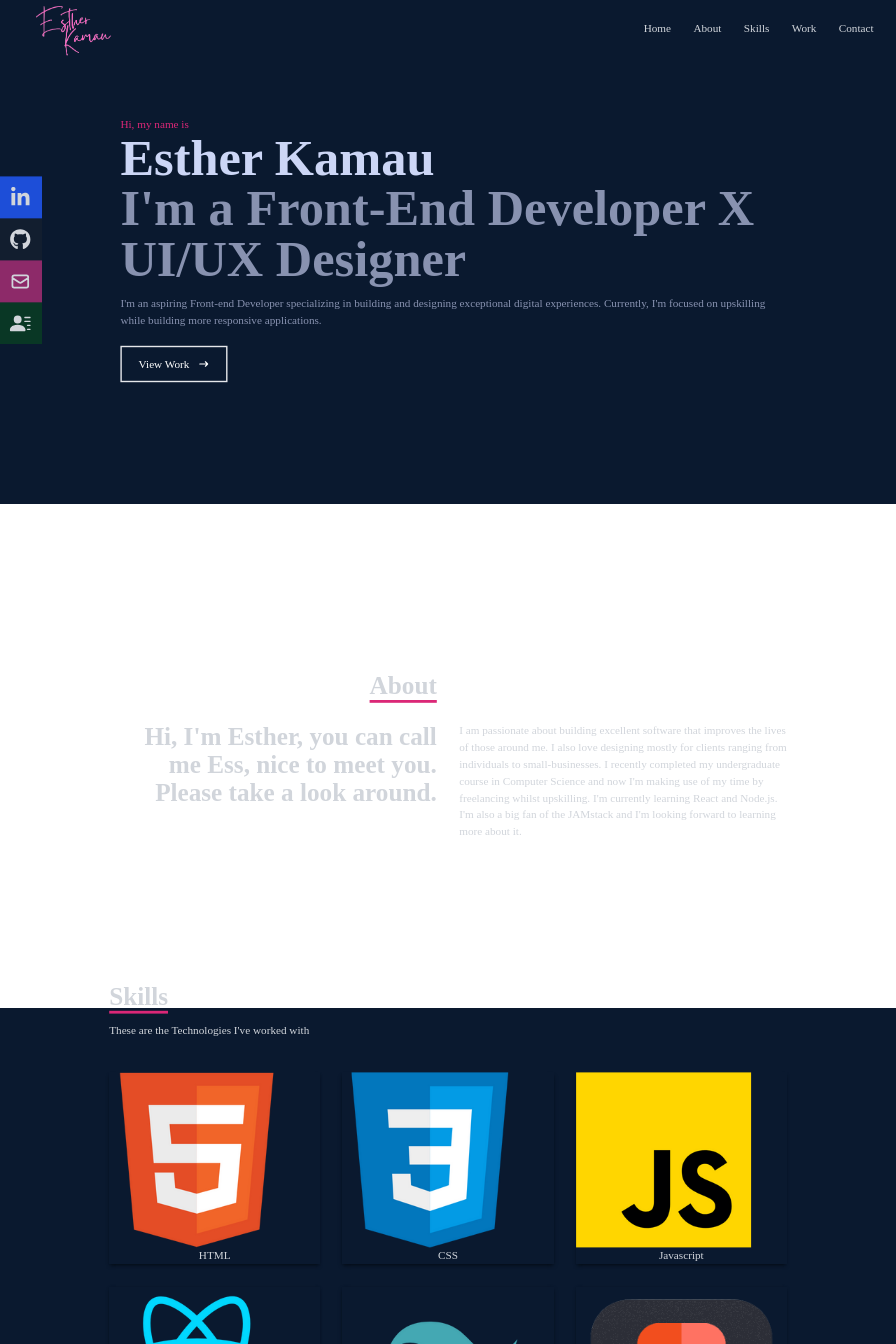
Repository: Esther-Kamau/Z-to-M
Page: /
These files come from the project's save history. The page is drawn as it stood at one moment and after the next save; the edit follows.
The browser window is 1280 px wide. The pictures show the part of the page from y = 0 to 1920 px (the page is 3610 px tall), at 70% of full size.
The project was rebuilt for these pictures with package versions that can differ from the ones it lists, and the page was loaded fresh each time.

Above is the page before, as saved 2023-03-09 15:08:47.

After the next save:
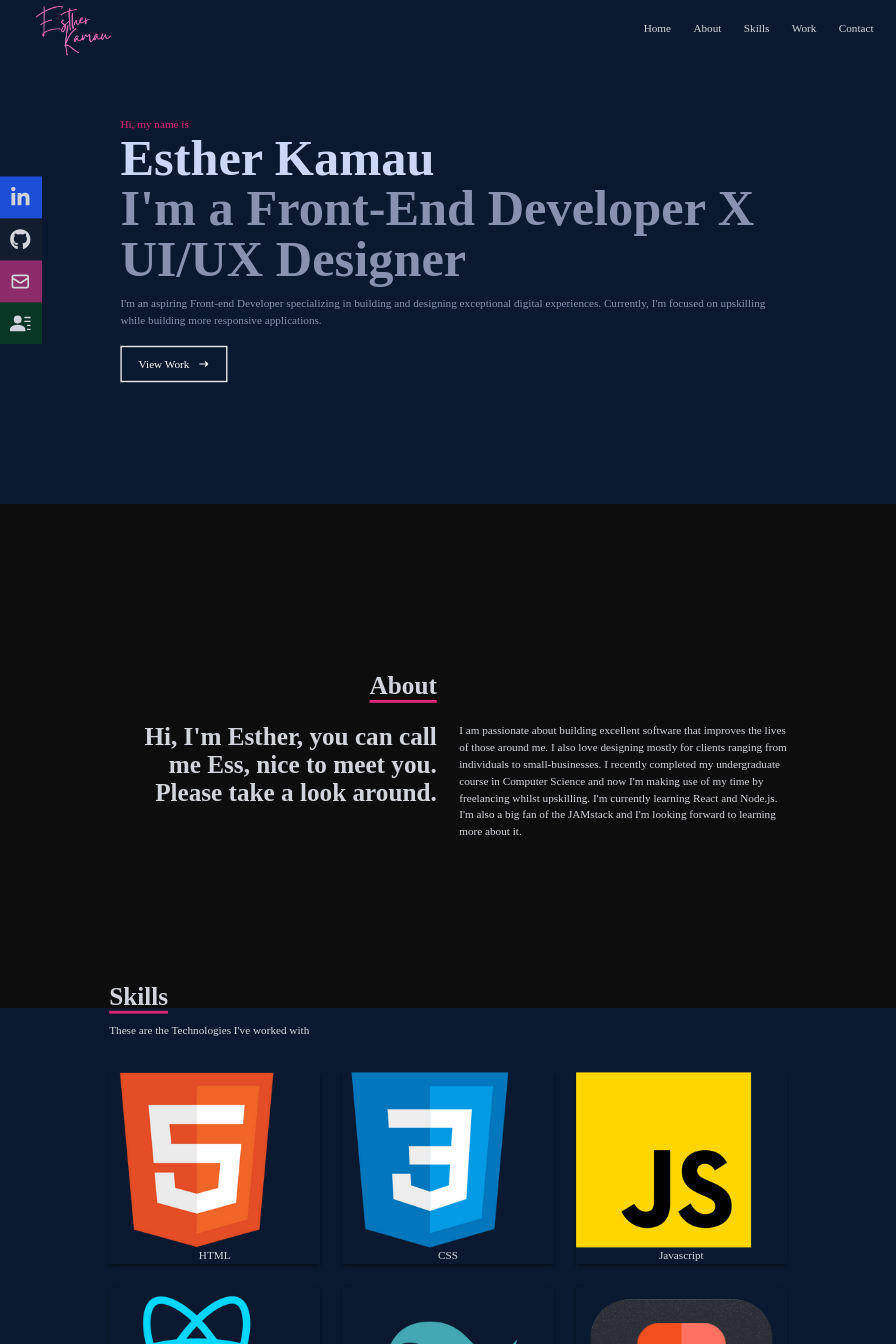
Saved 7 s later.
--- a/src/components/About.jsx
+++ b/src/components/About.jsx
@@ -3,7 +3,7 @@
 const About = () => {
   return (
 
-    <div name='about' className='w-full h-screen bg-[#0] text-gray-300'>
+    <div name='about' className='w-full h-screen bg-[#0D0D0D] text-gray-300'>
     <div className='flex flex-col justify-center items-center w-full h-full'>
       <div className='max-w-[1000px] w-full grid grid-cols-2 gap-8'>
         <div className='sm:text-right pb-8 pl-4'>
